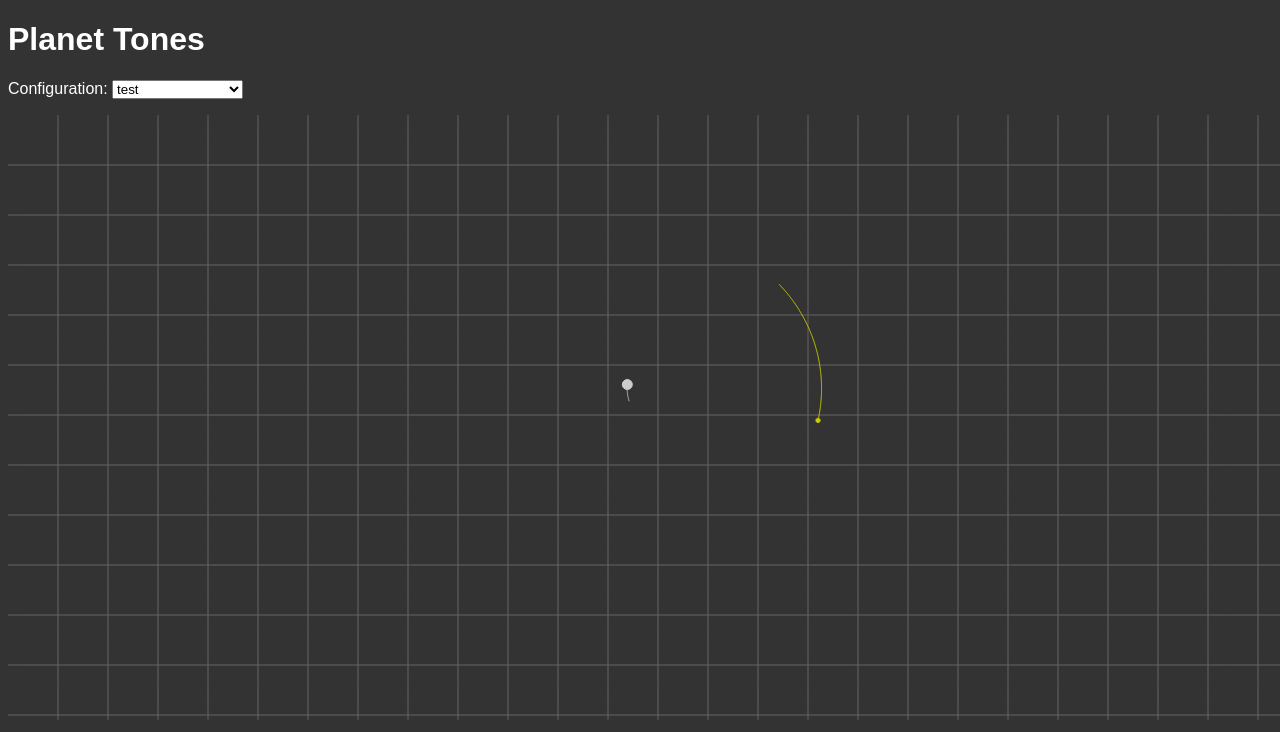
Repository: sroons/planet-of-sound
Page: planets.html
The author's editor kept a copy of each file at every save. The page is drawn from the files as they stood at one save, then again after the next save.
The browser window is 1280 px wide. The pictures show the whole page.

Above is the page before, as saved 2020-05-25 16:00:34.

After the next save:
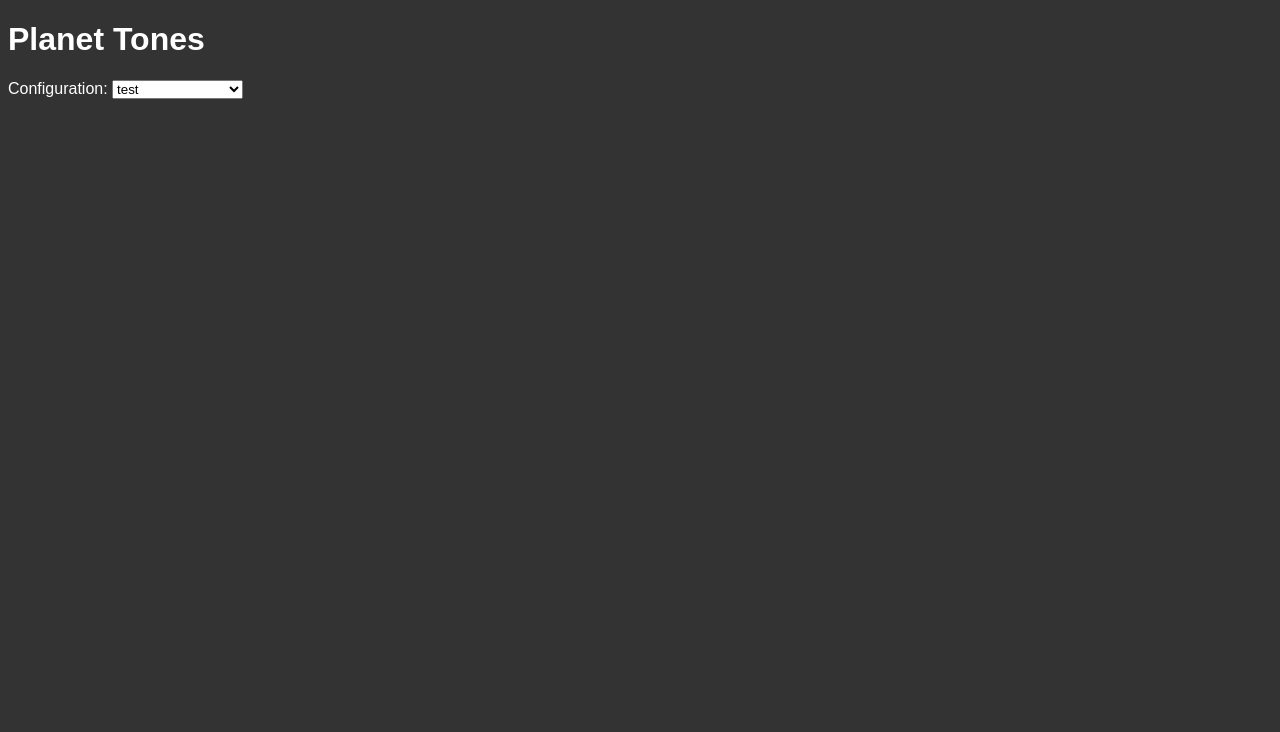
Console error: TypeError: Cannot read properties of undefined (reading 'line')
Saved 10 min 18 s later.
--- a/planets.js
+++ b/planets.js
@@ -263,20 +263,30 @@
     LASTX: 0,
     LASTY: 0,
     checkGridCrossingX: function (positions) {
-        var roundedX = Math.floor(positions.x);
-        if (roundedX % this.GRIDSIZE == 0 && roundedX != this.LASTX) {
-            this.LASTX = roundedX;
-            return roundedX;
-        }
-        return false;
+        /*         var roundedX = Math.floor(positions.x);
+                if (roundedX % this.GRIDSIZE == 0 && roundedX != this.LASTX) {
+                    this.LASTX = roundedX;
+                    return roundedX;
+                }
+                return false; */
+        for (var x = 0; x < this.GRID.VERTICALS.length; x++) {
+            var line = this.GRID.VERTICALS[x].line;
+            if (line == undefined) continue;
+            return line.hitTest(new Point(positions.x, positions.y));
+        }
     },
     checkGridCrossingY: function (positions) {
-        var roundedY = Math.floor(positions.y);
-        if (roundedY % this.GRIDSIZE == 0 && roundedY != this.LASTY) {
-            this.LASTY = roundedY;
-            return roundedY;
-        }
-        return false;
+        /*         var roundedY = Math.floor(positions.y);
+                if (roundedY % this.GRIDSIZE == 0 && roundedY != this.LASTY) {
+                    this.LASTY = roundedY;
+                    return roundedY;
+                }
+                return false; */
+        for (var y = 0; y < this.GRID.HORIZONTALS.length; y++) {
+            var line = this.GRID.HORIZONTALS[y].line;
+            if (line == undefined) continue;
+            return line.hitTest(new Point(positions.x, positions.y))
+        }
     },
     X_RANGE: [-150, 150],
     PAN_RANGE: [1, -1],

After the 5 saves that followed:
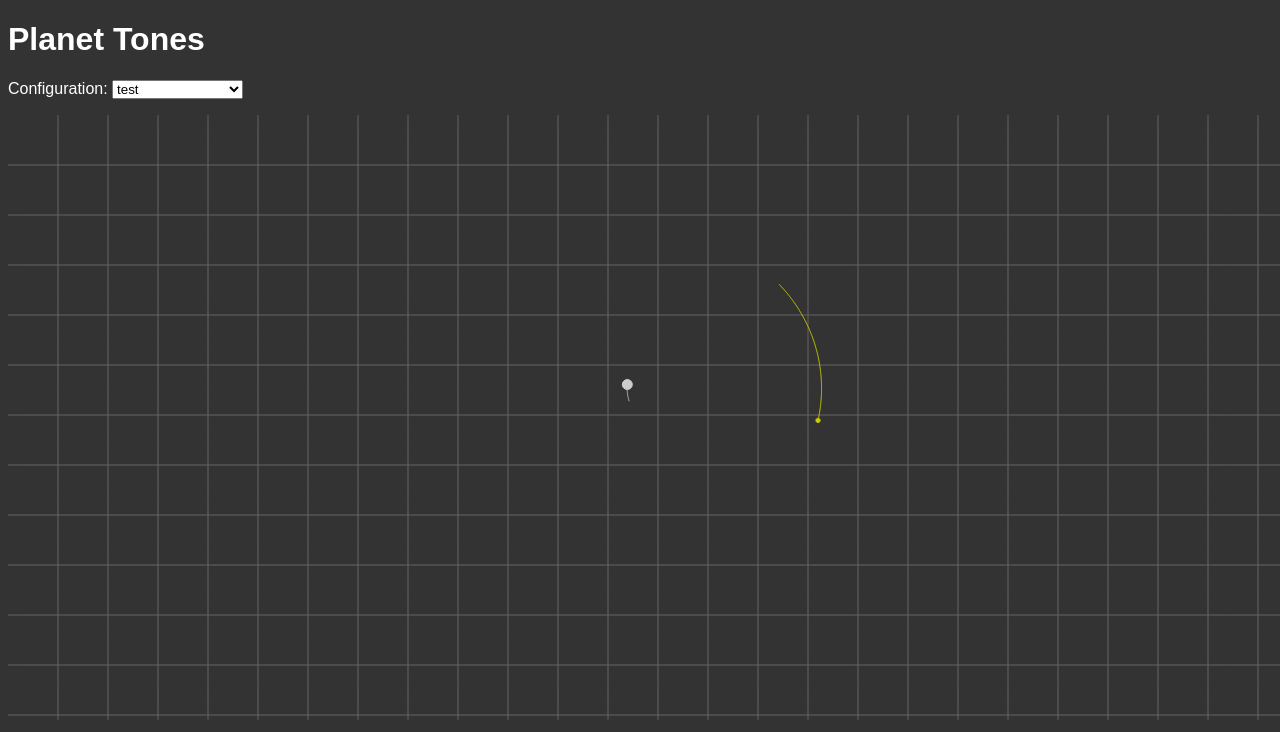
The error is gone.
The 5 saves are shown as one change because 4 left the picture as it was.
The last was saved 4 min 2 s later.
--- a/planets.js
+++ b/planets.js
@@ -269,10 +269,11 @@
                     return roundedX;
                 }
                 return false; */
-        for (var x = 0; x < this.GRID.VERTICALS.length; x++) {
-            var line = this.GRID.VERTICALS[x].line;
+        for (var x = this.GRIDSIZE; x < this.GRID.VERTICALS.length; x = x + this.GRIDSIZE) {
+            var line = this.GRID.VERTICALS[x];
+            console.log("x :: " + x);
             if (line == undefined) continue;
-            return line.hitTest(new Point(positions.x, positions.y));
+            return line.path.hitTest(new Point(positions.x, positions.y));
         }
     },
     checkGridCrossingY: function (positions) {
@@ -282,10 +283,10 @@
                     return roundedY;
                 }
                 return false; */
-        for (var y = 0; y < this.GRID.HORIZONTALS.length; y++) {
-            var line = this.GRID.HORIZONTALS[y].line;
+        for (var y = this.GRIDSIZE; y < this.GRID.HORIZONTALS.length; y = y + this.GRIDSIZE) {
+            var line = this.GRID.HORIZONTALS[y];
             if (line == undefined) continue;
-            return line.hitTest(new Point(positions.x, positions.y))
+            return line.path.hitTest(new Point(positions.x, positions.y))
         }
     },
     X_RANGE: [-150, 150],
